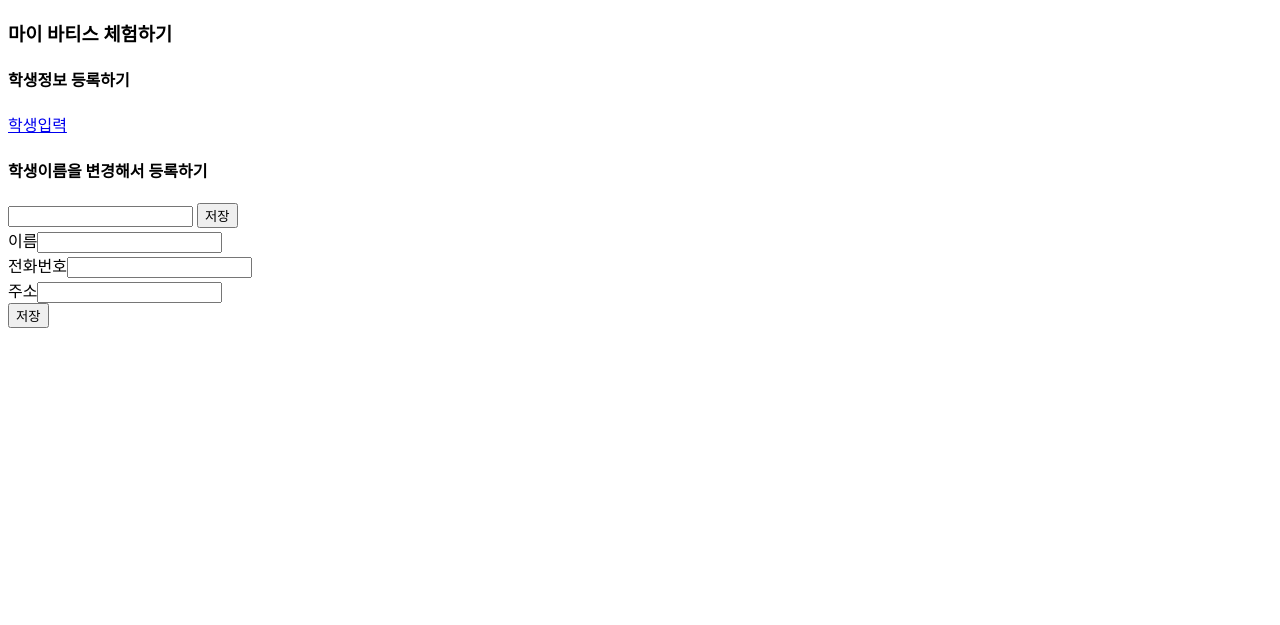
Repository: Jiwon-cho/Mybatis_Practice
Page: http://localhost/01_mybatis/
These files come from the project's save history. The page is drawn as it stood at one moment and after the next save; the edit follows.
The browser window is 1280 px wide. The pictures show the whole page.
The page is served by Tomcat 9.

Above is the page before, as saved 2021-06-23 09:16:53.

After the next save:
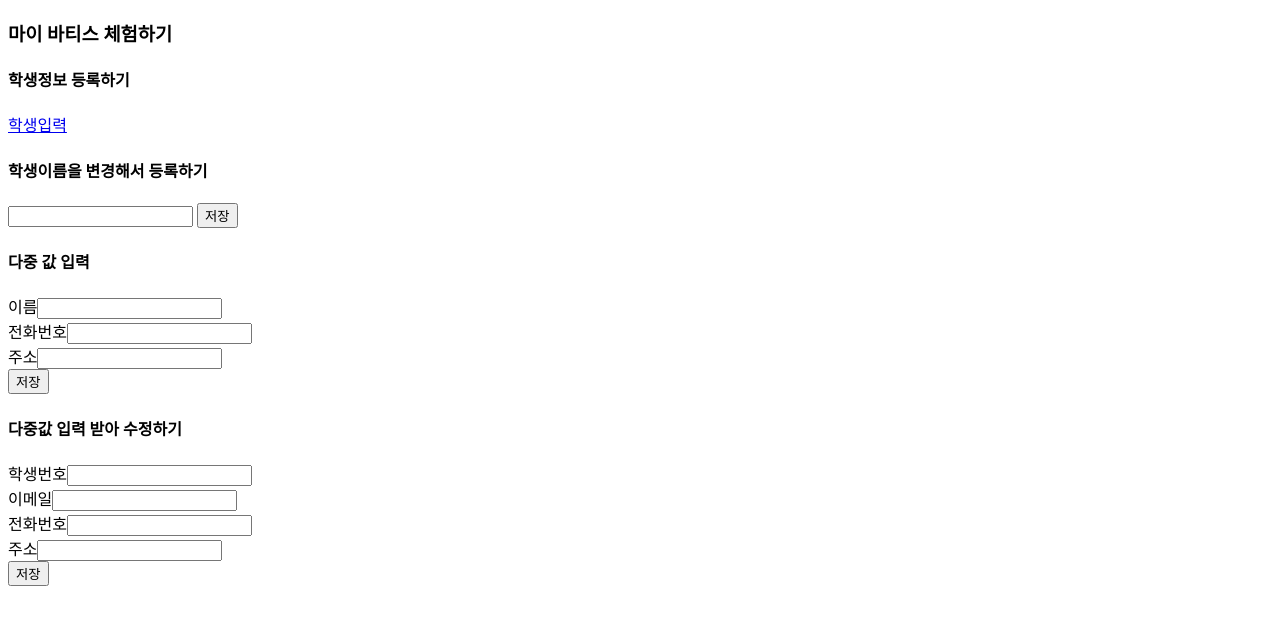
Saved 51 min 8 s later.
--- a/01_mybatis/web/index.jsp
+++ b/01_mybatis/web/index.jsp
@@ -19,11 +19,21 @@
 	<input type="text" name="name">
 	<input type="submit" value="저장">
 	</form>
+	<h4>다중 값 입력</h4>
 	<form action="${path }/insertStudentData" method="post">
 	이름<input type="text" name="name"><br>
 	전화번호<input type="text" name="phone"><br>
 	주소<input type="text" name="addr"><br>
 	<input type="submit" value="저장">
 	</form>
+	<h4>다중값 입력 받아 수정하기</h4>
+	<form action="${path }/ㅕㅔㅇㅁㅅㄷStudentData" method="post">
+	학생번호<input type="text" name="no"><br>
+	이메일<input type="text" name="email"><br>
+	전화번호<input type="text" name="phone"><br>
+	주소<input type="text" name="addr"><br>
+	<input type="submit" value="저장">
+	</form>
+
 </body>
 </html>
